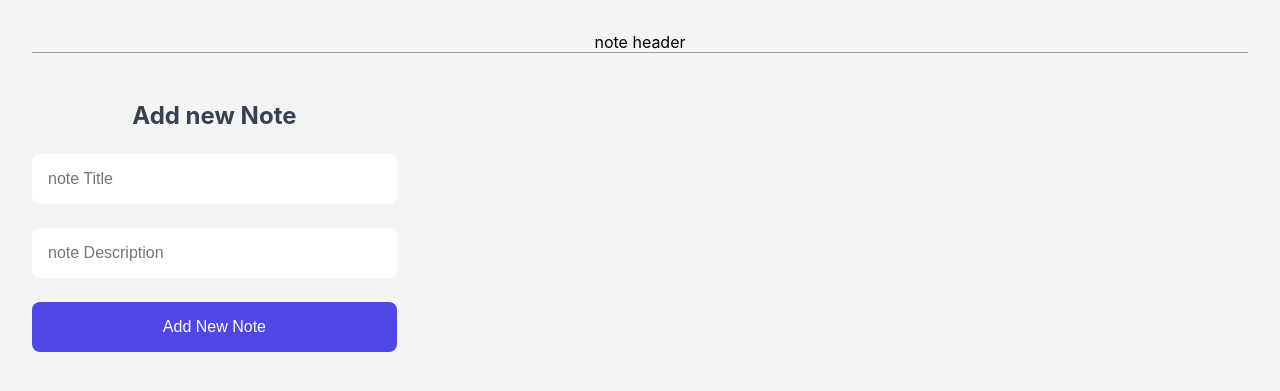
Repository: nikooshahbazi/shahbaziProjects
Page: / (app in dynamicData/)
The author's editor kept a copy of each file at every save. The page is drawn from the files as they stood at one save, then again after a run of saves.
The browser window is 1280 px wide. The pictures show the whole page.
The project was rebuilt for these pictures with package versions that can differ from the ones it lists, and the page was loaded fresh each time. Also part of the build but not shown: dynamicData/vite.config.js.

Above is the page before, as saved 2024-02-17 18:22:49.

After the next 3 saves:
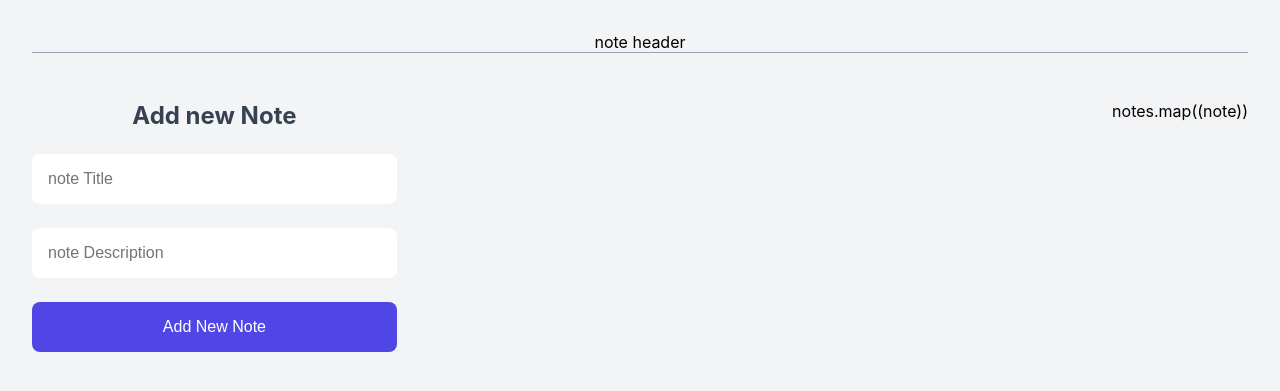
The 3 saves are shown as one change because they came seconds apart.
The last was saved 22 s later.
--- a/dynamicData/src/components/NoteList.jsx
+++ b/dynamicData/src/components/NoteList.jsx
@@ -2,7 +2,7 @@
 function NoteList({notes}) {
   return (
     <div className="note-list">
-
+      notes.map((note))
     </div>
   )
 }
